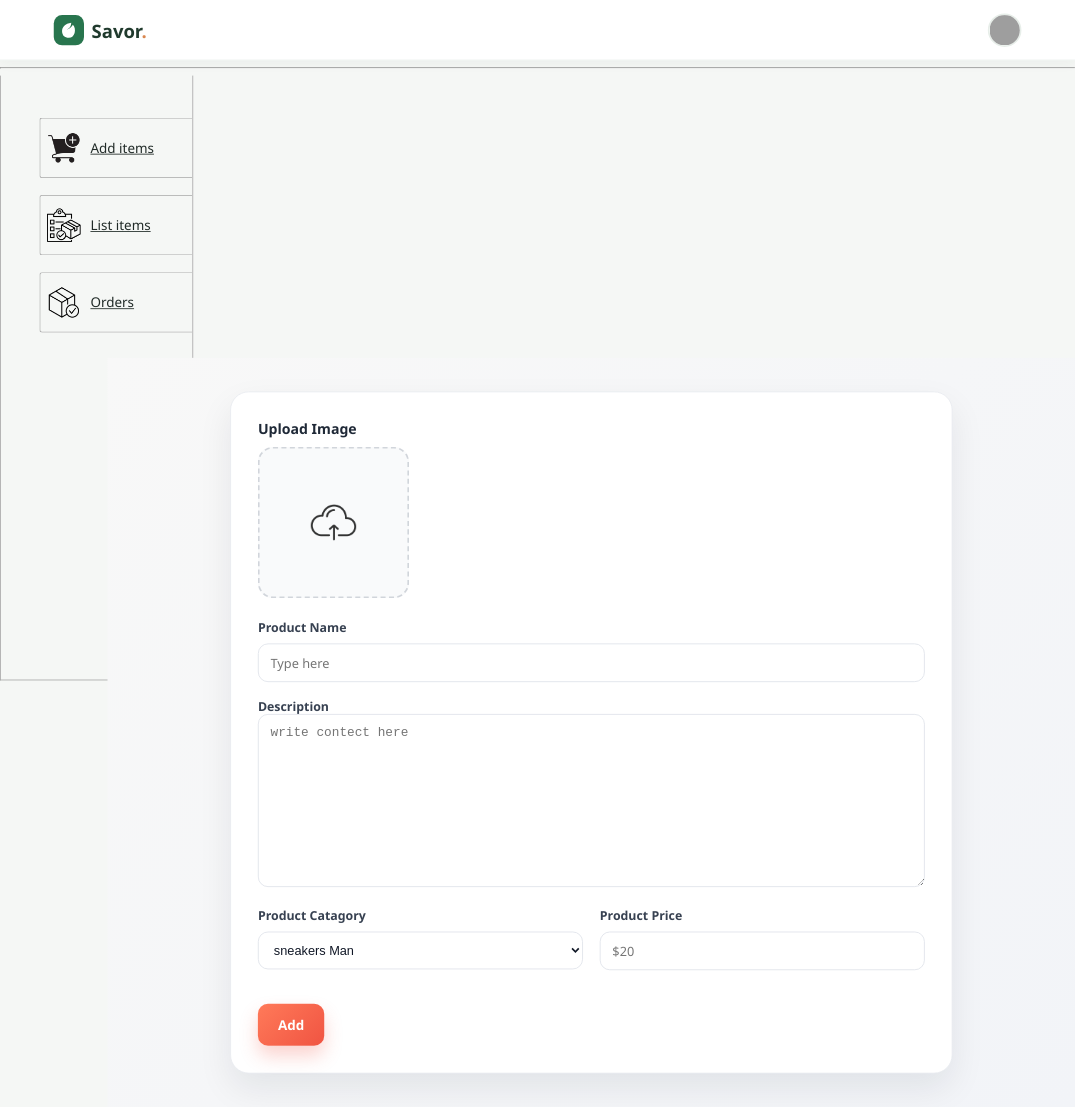
Repository: prince44991/Ecommerce-Project-Full-Stack
Page: /Additem (app in admin/my-react-app/)
These files come from the project's save history. The page is drawn as it stood at one moment and after the next save; the edit follows.
The browser window is 1280 px wide. The pictures show the whole page, at 84% of full size.
Pictures or frames that could not be fetched are drawn as grey boxes. The project was rebuilt for these pictures with package versions that can differ from the ones it lists, and the page was loaded fresh each time. Also part of the build but not shown: admin/my-react-app/vite.config.js, admin/my-react-app/src/pages/Order/Order.jsx, admin/my-react-app/src/pages/List/List.jsx.

Above is the page before, as saved 2026-09-29 21:18:42.

After the next save:
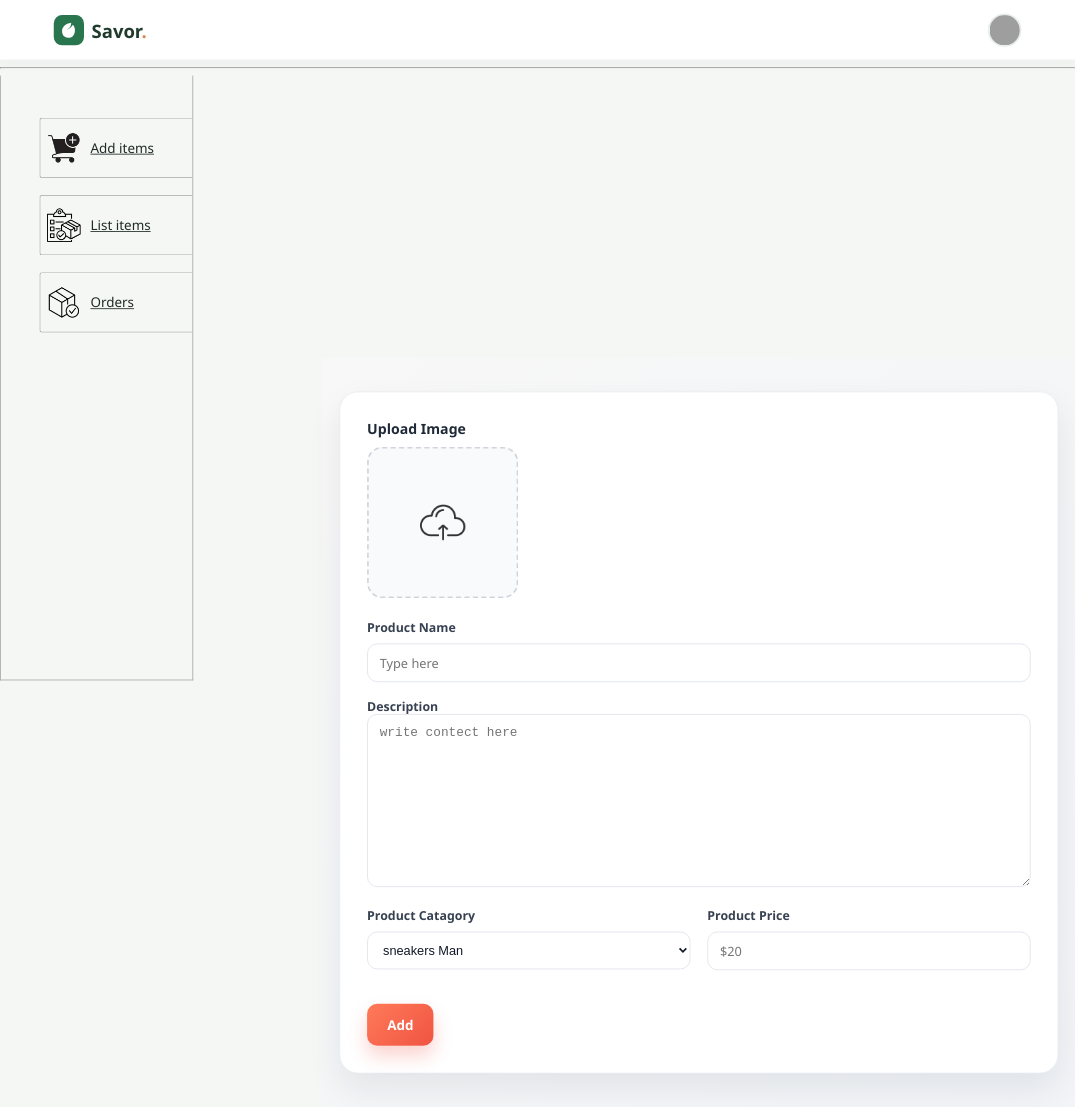
Saved 12 s later.
--- a/admin/my-react-app/src/pages/Add/Add.css
+++ b/admin/my-react-app/src/pages/Add/Add.css
@@ -6,7 +6,7 @@
   background: linear-gradient(135deg, #f8f8f8 0%, #f2f4f8 100%);
   min-height: calc(100vh - 80px);
   margin-top:-30vw;
-  margin-left: 10vw;
+  margin-left: 30vw;
 }
 
 .add form {
